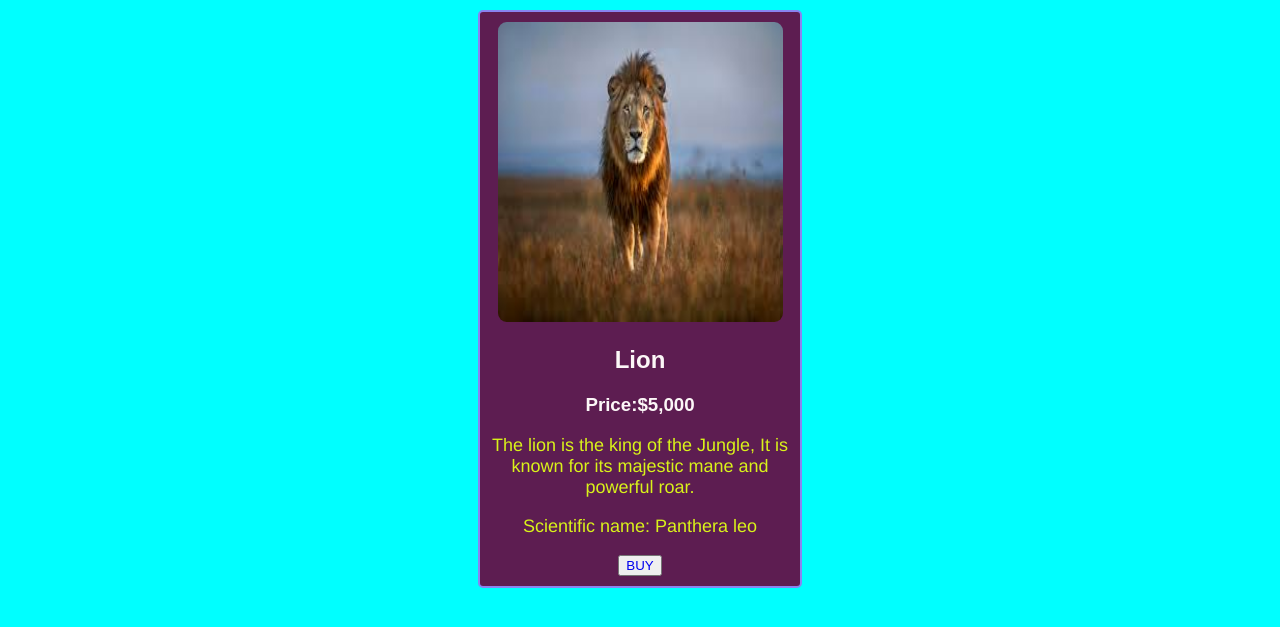
Repository: KingBoyMaylow/Animal-trading-card
Page: index.html
The author's editor kept a copy of each file at every save. The page is drawn from the files as they stood at one save, then again after the next save.
The browser window is 1280 px wide. The pictures show the whole page.

Above is the page before, as saved 2024-05-15 10:27:57.

### index.html
<!DOCTYPE html>
<html lang="en">
<head>
    <meta charset="UTF-8">
    <meta name="viewport" content="width=device-width, initial-scale=1.0">
    <title>Document</title>
</head>
<body>
    <style>
    body {
        font-family: Arial, sans-serif;
        text-align: center;
        background-color: aqua;
    }
    h3{
        color: #fcf7f7;
    }
    button a {
        text-decoration: none;
    }
    .card {
        width: 300px;
        border: 2px solid #8a83f1;
        border-radius: 5px;
        margin: 10px auto;
        padding: 10px;
        background-color: #5d1d51;
    }
    .card img {
        width: 95%;
        border-radius: 3%;
        height: 300px;
    }
    .card h2 {
        color: #fcf7f7;
    }
    .card p {
        color: #d9f21a;
        font-size: large;
        font-family: 'Franklin Gothic Medium', 'Arial Narrow', Arial, sans-serif;
    }
</style>
</head>
<body>
    <div class="card">
        <img src="lion.jpeg" alt="Lion">
        <h2>Lion</h2>
        <h3>Price:$5,000</h3>
        <p>The lion is the king of the Jungle, It is known for its majestic mane and powerful roar.</p>
        <p>Scientific name: Panthera leo</p>
        <button><a href="#">BUY</a></button>
    </div>
</body>
</html>

After the next save:
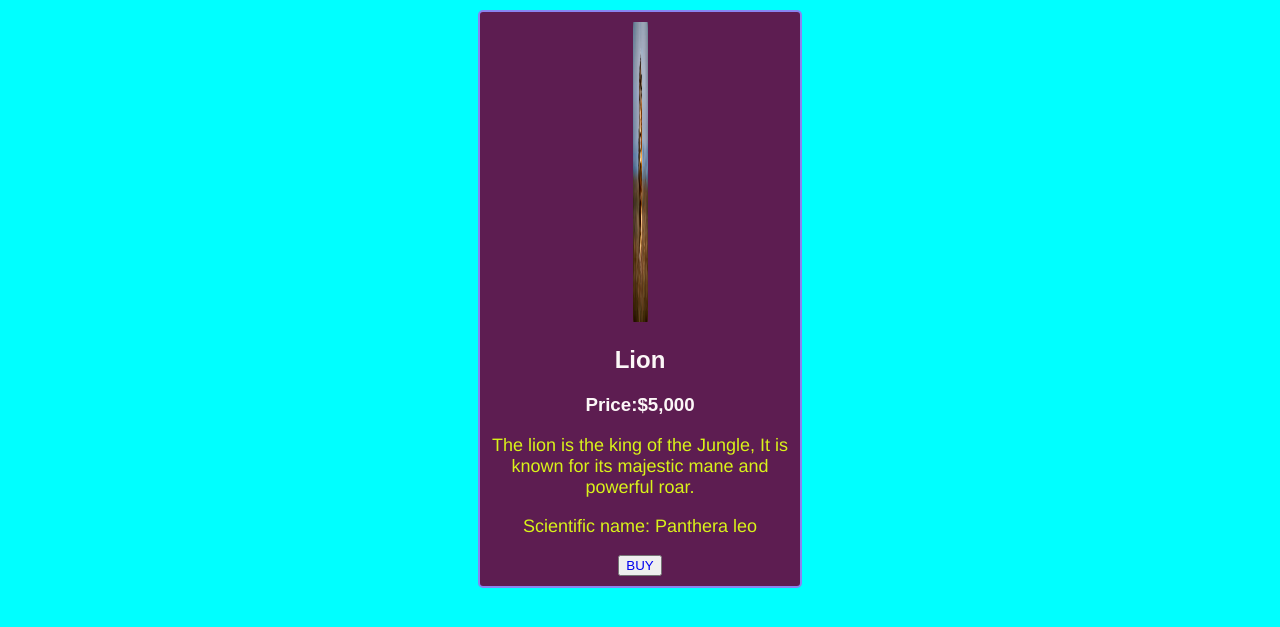
Saved 16 s later.
--- a/index.html
+++ b/index.html
@@ -27,7 +27,7 @@
         background-color: #5d1d51;
     }
     .card img {
-        width: 95%;
+        width: 5%;
         border-radius: 3%;
         height: 300px;
     }
